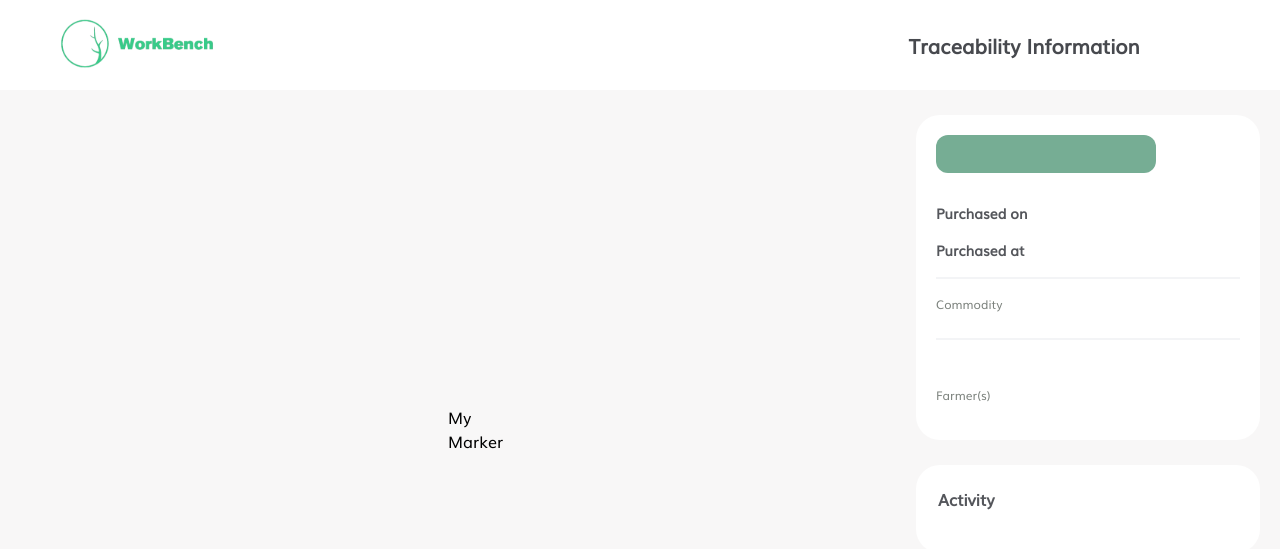
Repository: Hamezry/Traceability-Page
Page: /
The author's editor kept a copy of each file at every save. The page is drawn from the files as they stood at one save, then again after the next save.
The browser window is 1280 px wide. The pictures show the whole page.
The page's requests for data from a server got no answer. The project was rebuilt for these pictures with package versions that can differ from the ones it lists, and the page was loaded fresh each time. No one was signed in, and anything a server would have sent is missing.

Above is the page before, as saved 2022-09-20 14:38:00.

### public/index.html
<!DOCTYPE html>
<html lang="en">
  <head>
    <meta charset="utf-8" />
    <meta name="viewport" content="width=device-width, initial-scale=1" />
    <meta name="theme-color" content="#000000" />
    <meta
      name="description"
      content="Web site created using create-react-app"
    />
    <link rel="preconnect" href="https://fonts.googleapis.com">
    <link rel="preconnect" href="https://fonts.gstatic.com" crossorigin>
    <!-- <link href="https://fonts.googleapis.com/css2?family=Mulish:wght@300;400;600&display=swap" rel="stylesheet"> -->
    <title>Traceability page</title>
  </head>
  <body>
    <noscript>You need to enable JavaScript to run this app.</noscript>
    <div id="root"></div>

  </body>
</html>

### src/index.css
@tailwind base;
@tailwind components;
@tailwind utilities;

@font-face {
    font-family: 'Muli';
    src: local('Muli'), url("./fonts/Muli-Regular.ttf") format("truetype");
}


@font-face {
    font-family: 'Muli';
    src: url('./fonts/Muli-Regular.ttf') format("truetype");
}

body {
    font-family: 'Muli' !important;
}

### src/App.js
import React, {useState} from 'react'
import './index.css';
import Navbar from './components/Navbar';
import Information from './components/Information';
import Sidemap from './components/Sidemap';
import { BrowserRouter, Route, Routes } from 'react-router-dom';

function App() {
  const [long, setLong] = useState(0)
  const [lat, setLat] = useState(0)

  return (
    <BrowserRouter>

      <Routes>

          <Route path='/' element={
            <div>
              <Navbar />
              <div className="lg:flex lg:justify-between w-full  lg:h-[calc(100vh-90px)] lg:overflow-y-hidden bg-[#f8f7f7]">
                <Sidemap lat={lat} long={long}/>
                <Information setLat={setLat}  setLong={setLong} />
              </div>

            </div>

          } />

      </Routes>
    </BrowserRouter>
  );
}

export default App;

### src/components/Navbar.js
import React from 'react'
import logo from '../Assets/logo.svg'

const Navbar = () => {
  return (
    <div className='w-full flex  h-[90px] bg-white sticky font-muli  z-30  top-0 items-center'>
      <div className='w-full lg:w-[71%] flex justify-center lg:justify-start'>
        <img src={logo} alt='nav-icon' className='h-[80px] w-[188px] lg:ml-[50px]' />
      </div>

      <div>
        <p className='hidden lg:block  text-[#47494E] font-semibold  text-[20px]'>Traceability Information</p>

      </div>



    </div>
  )
}

export default Navbar

### src/components/Information.js
import React, { useEffect, useState } from 'react'
import image1 from '../Assets/image-2.png'
import purchased from '../Assets/purchase.svg'
import axios from 'axios'
import { useLocation } from 'react-router-dom'



function Information({setLat, setLong}) {

    const [list, setList] = useState([])
    const search = useLocation().search;
    const qr_code = new URLSearchParams(search).get('qr_code')

    useEffect(() => {
        axios.get(`https://wb3test.afexnigeria.com/WB3/api/v1/traceability/info/${qr_code}`)
            .then(res => {
                setList(res.data.data)
                setLat(res.data.data.activities[0].latitude)
                setLong(res.data.data.activities[0].longitude)
                console.log(res.data)
            }).catch(err => {
                console.log(err)
            })
    }, [qr_code, setLat, setLong])


    return (
        <div className='lg:h-full  lg:w-[30%] font-muli lg:overflow-y-auto'>

            <div id="TQC" className=" z-10  top-0 flex lg:flex  flex-col px-[20px]">

                <div className="flex-1 flex bg-white lg:w-[100%] lg:mx-auto lg:mt-[25px] flex-col h-[556px] p-[20px] rounded-3xl">

                    {/*TQC */}
                    <div className='mb-4 border-b-2 border-b-gray-100 '>
                        <div className='bg-[#76AD94] text-white text-center py-2 font-semibold text-[16px] max-w-[220px] h-[38px] mb-[30px] rounded-xl'> <p>{list.qr_code}</p></div>
                        <p className='text-[#54565B] text-[14px] mb-4 font-semibold'>Purchased on <span className='font-normal'>{list.purchased_on}</span></p>
                        <p className=' text-[#54565B] text-[14px] mb-4 font-semibold'>Purchased at <span className='font-normal'>{list.purchased_at}</span></p>

                    </div>

                    <div className='mb-4 border-b-2  border-b-gray-100 '>
                        <p className='text-[#7C827D] text-[12px] mb-[25px] '>Commodity</p>
                        <p className='text-[#47494E] text-[14px] mb-4 font-medium '>{list.commodity}</p>

                    </div>

                    <div className='mt-[30px] mb-4'>

                        <p className='text-[#7C827D] text-[12px]'>Farmer(s)</p>

                        {
                            list?.farmers?.map((item, index) => {
                                return (
                                    <div key={index} className='w-[232px] h-[71px] shadow p-3 flex items-center mt-[20px] rounded-xl'>
                                        <img src={image1} alt='profilepic' />
                                        <p className='text-[#47494E] text-[16px] ml-5  font-medium '>{item.first_name} {item.last_name}<br /> <span className='text-[#707673] text-[12px]'>{item.age} years &nbsp; | &nbsp;  {item.gender}</span></p>
                                    </div>
                                )
                            })
                        }



                    </div>


                </div>



            </div>




            <div id="Activity" className=" top-0 flex lg:flex flex-shrink-0 flex-col px-[20px]">

                <div className="flex-1 flex bg-white lg:w-[100%] lg:mx-auto mt-[25px] mb-5 flex-col  h-[900px] p-[22px] rounded-3xl ">

                    <p className='text-[#54565B] mb-5 font-semibold text-[16px]'>Activity</p>

                    {list?.activities?.map((item, index) =>

                        <div key={index} className='flex justify-between stroke-amber-50 text-[#7C827D] 2xl:px-5 lg:px-0 text-[11px]'>

                            <div className='flex gap-2 xl:gap-2 md:gap-8'>

                                <div className='flex flex-col items-center'>
                                    <img src={purchased} alt='recp' />
                                    <div className='border border-dotted border-[#7C827D] min-h-[100px] max-h-[120px] w-[1px]'></div>

                                </div>
                                <div className='flex flex-col lg:w-[160px] md:w-[270px] w-[130px]' >
                                    <p className='font-semibold mt-2 lg:text-[13px]'>{item.action} </p>
                                    <span className='text-[#7C827D] text-[9px] mt-2 lg:text-[11px]'>{item.description}</span>
                                </div>



                            </div>
                            <p className='text-[#76AD94] text-[9px] mt-2 xl:text-[10px]'> <span>{item.created}</span> </p>

                        </div>
                    )}






                </div>





            </div>


        </div>);
}

export default Information

### src/components/Sidemap.js
import React from 'react'
import GoogleMapReact from 'google-map-react';

// import { useJsApiLoader, GoogleMap, Marker } from '@react-google-maps/api';

function Marker ({text}) {
  return (
    <div>
      {text}
    </div>
  )
}

function Sidemap({ lat, long }) {


  const center = { lat, lng: long }

  const getMapOption = () => {
    return {
      disableDefaultUI: true,
      mapTypeControl: true,
      streetViewControl: true,
      styles: [
        {
          featureType: "poi",
          elementType: "labels",
          stylers: [{visibility: "on"}]
        }
      ]
    }
  }

  // const { isLoaded } = useJsApiLoader({
  //   googleMapsApiKey: process.env.REACT_APP_GOOGLE_MAPS_API_KEY,
  // });

  // if (!isLoaded) {
  //   return <h1>Loading</h1>
  // }
  return (

    <div class="h-[600px] w-full lg:h-[calc(100vh-90px)] lg:w-[70%]">

      <div className='hidden lg:block p-4 lg:p-0 lg:w-full h-[100%]'>

        <div style={{width:"100%", height:"100%" }}>
        <GoogleMapReact
          bootstrapURLKeys={{ key: "AIzaSyD0jXG6tZX5eypxrx-NqpzHsyFAWKT1Y2w" }}
          center={center}
          defaultZoom={15}
          options={getMapOption}
        >
           <Marker lat={center.lat} lng={center.lng} text="My Marker" />
           {/* <div lat={lat} lng={long} >My Marker</div> */}

        </GoogleMapReact>
        </div>
        {/*<GoogleMap
          mapContainerStyle={{width:'100%', height:'100%'}}
          center={center} zoom={15}
          options={{
            zoomControl:false,
            streetViewControl:false,
            mapTypeControl:false,
            fullscreenControl:false,
          }}
          >
            <Marker position={center}/>

        </GoogleMap>*/}

      </div>

      <div className='lg:hidden p-4 lg:p-0 lg:w-full h-[100%]'>
        {/* <GoogleMap
          mapContainerStyle={{ width: '100%', height: '100%', borderRadius: '50px' }}
          center={center} zoom={15}
          options={{
            zoomControl: false,
            streetViewControl: false,
            mapTypeControl: false,
            fullscreenControl: false,
          }}
        >
          <Marker position={center} />

        </GoogleMap> */}
      </div>


    </div>

  )
}

export default Sidemap

### tailwind.config.js

/** @type {import('tailwindcss').Config} */
module.exports = {
  content: [
    "./src/**/*.{js,jsx,ts,tsx}",
  ],
  theme: {
    extend: {
      fontFamily:{
        'Muli':['Muli', 'san-serif']
      }
    },
  },
  plugins: [],
}

Loaded but not shown: src/index.js (common file)

After the next save:
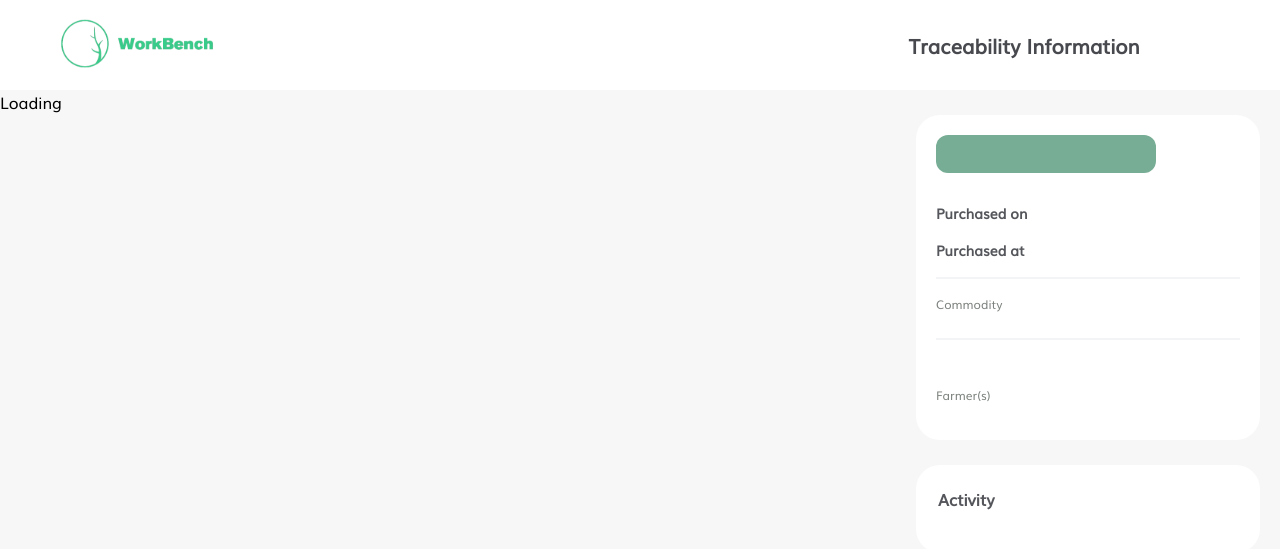
Saved 81 s later.
--- a/src/components/Sidemap.js
+++ b/src/components/Sidemap.js
@@ -1,62 +1,25 @@
 import React from 'react'
-import GoogleMapReact from 'google-map-react';
-
-// import { useJsApiLoader, GoogleMap, Marker } from '@react-google-maps/api';
-
-function Marker ({text}) {
-  return (
-    <div>
-      {text}
-    </div>
-  )
-}
-
-function Sidemap({ lat, long }) {
+import {useJsApiLoader, GoogleMap, Marker} from '@react-google-maps/api';
 
 
-  const center = { lat, lng: long }
+function Sidemap({lat, long}) {
 
-  const getMapOption = () => {
-    return {
-      disableDefaultUI: true,
-      mapTypeControl: true,
-      streetViewControl: true,
-      styles: [
-        {
-          featureType: "poi",
-          elementType: "labels",
-          stylers: [{visibility: "on"}]
-        }
-      ]
-    }
+  const center = {lat, lng:long}
+
+
+  const { isLoaded } = useJsApiLoader({
+    googleMapsApiKey:process.env.REACT_APP_GOOGLE_MAPS_API_KEY,
+  });
+
+  if (!isLoaded){
+    return <h1>Loading</h1>
   }
-
-  // const { isLoaded } = useJsApiLoader({
-  //   googleMapsApiKey: process.env.REACT_APP_GOOGLE_MAPS_API_KEY,
-  // });
-
-  // if (!isLoaded) {
-  //   return <h1>Loading</h1>
-  // }
   return (
 
-    <div class="h-[600px] w-full lg:h-[calc(100vh-90px)] lg:w-[70%]">
+    <div class= "h-[600px] w-full lg:h-[calc(100vh-90px)] lg:w-[70%]">
 
       <div className='hidden lg:block p-4 lg:p-0 lg:w-full h-[100%]'>
-
-        <div style={{width:"100%", height:"100%" }}>
-        <GoogleMapReact
-          bootstrapURLKeys={{ key: "AIzaSyD0jXG6tZX5eypxrx-NqpzHsyFAWKT1Y2w" }}
-          center={center}
-          defaultZoom={15}
-          options={getMapOption}
-        >
-           <Marker lat={center.lat} lng={center.lng} text="My Marker" />
-           {/* <div lat={lat} lng={long} >My Marker</div> */}
-
-        </GoogleMapReact>
-        </div>
-        {/*<GoogleMap
+          <GoogleMap
           mapContainerStyle={{width:'100%', height:'100%'}}
           center={center} zoom={15}
           options={{
@@ -68,24 +31,23 @@ function Sidemap({ lat, long }) {
           >
             <Marker position={center}/>
 
-        </GoogleMap>*/}
-
+          </GoogleMap>
       </div>
 
       <div className='lg:hidden p-4 lg:p-0 lg:w-full h-[100%]'>
-        {/* <GoogleMap
-          mapContainerStyle={{ width: '100%', height: '100%', borderRadius: '50px' }}
+          <GoogleMap
+          mapContainerStyle={{width:'100%', height:'100%', borderRadius:'50px'}}
           center={center} zoom={15}
           options={{
-            zoomControl: false,
-            streetViewControl: false,
-            mapTypeControl: false,
-            fullscreenControl: false,
+            zoomControl:false,
+            streetViewControl:false,
+            mapTypeControl:false,
+            fullscreenControl:false,
           }}
-        >
-          <Marker position={center} />
+          >
+            <Marker position={center}/>
 
-        </GoogleMap> */}
+          </GoogleMap>
       </div>
 
 
